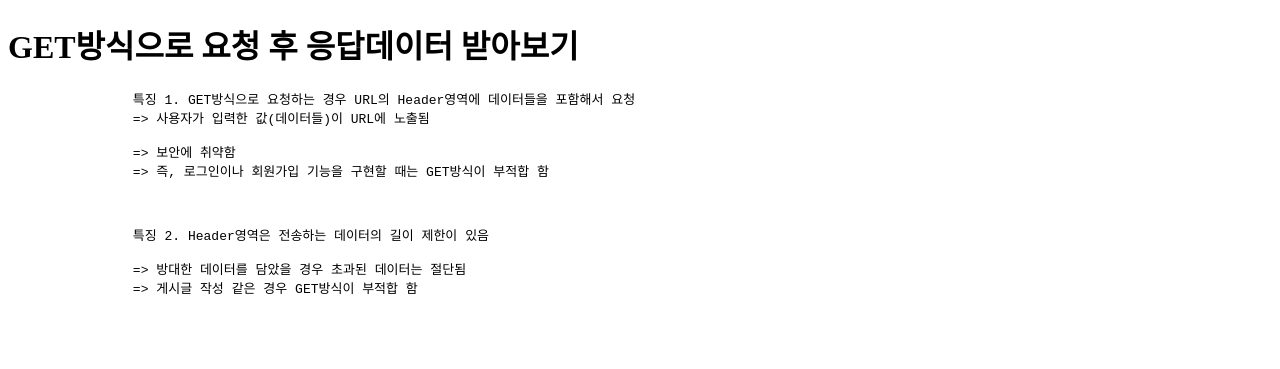
Repository: MiadongDeersfeet/webservice
Page: MyFirstWebProject/src/main/webapp/views/request_get.html
The author's editor kept a copy of each file at every save. The page is drawn from the files as they stood at one save, then again after the next save.
The browser window is 1280 px wide. The pictures show the whole page.

Above is the page before, as saved 2025-09-22 07:42:08.

After the next save:
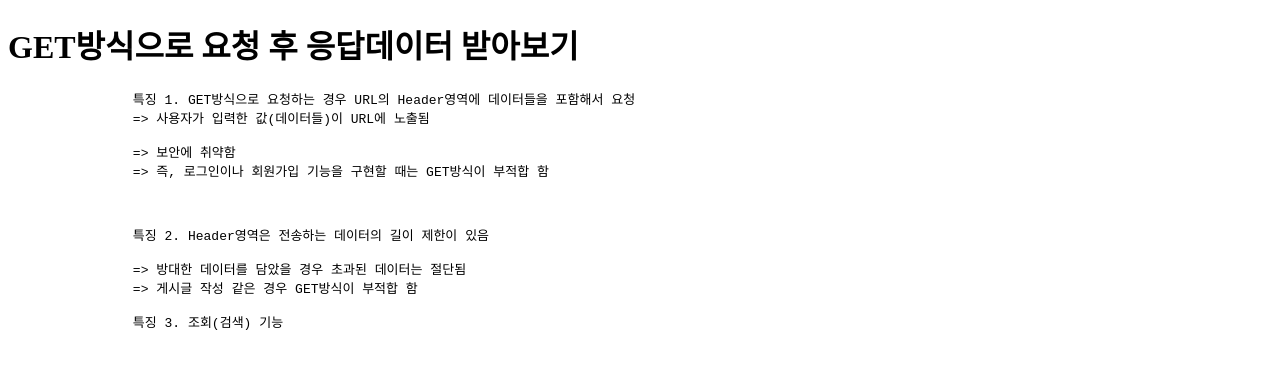
Saved 43 s later.
--- a/MyFirstWebProject/src/main/webapp/views/request_get.html
+++ b/MyFirstWebProject/src/main/webapp/views/request_get.html
@@ -22,6 +22,9 @@
 		특징 2. Header영역은 전송하는 데이터의 길이 제한이 있음 <br>
 		=> 방대한 데이터를 담았을 경우 초과된 데이터는 절단됨
 		=> 게시글 작성 같은 경우 GET방식이 부적합 함
+
+		특징 3. 조회(검색) 기능
+
 	</pre>
 </body>
 </html>
